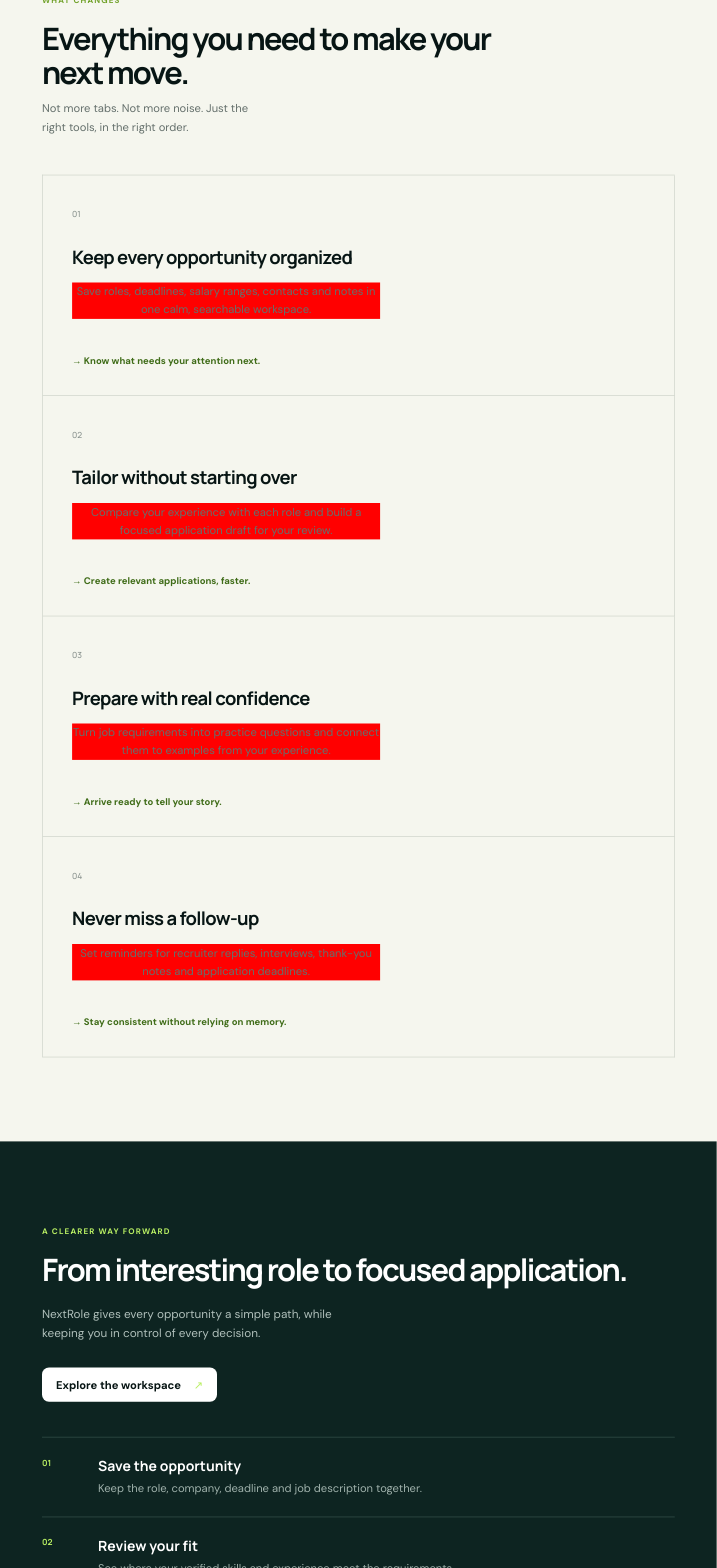
Repository: Lovethrech/NextRole-Nuxt-Portfolio
Page: /
The author's editor kept a copy of each file at every save. The page is drawn from the files as they stood at one save, then again after the next save.
The browser window is 1024 px wide. The pictures show the part of the page from y = 1952 to 4192 px (the page is 7270 px tall before and 6640 px after), at 70% of full size.
The project was rebuilt for these pictures with package versions that can differ from the ones it lists, and the page was loaded fresh each time. The framework's server and built-in components were replaced by stand-ins that run in the browser. Also part of the build but not shown: nuxt.config.js.

Above is the page before, as saved 2026-09-12 17:17:50.

### assets/css/main.css
:root{
    --ink:#071514;
    --deep:#0d2421;
    --green:#b9ef63;
    --mint:#ddffc8;
    --paper:#f5f6ee;
    --white:#fff;
    --line:#d9ddd1;
    --muted:#65706c;
    --orange:#ff8a61;
    --blue:#6579ff;
    font-family:'DM Sans',sans-serif;
    color:var(--ink);
    background:var(--paper);
    font-synthesis:none;
}
*{
    box-sizing:border-box;
}
html{
    scroll-behavior:smooth;
}
body{
    margin:0;
    padding: 0;
    background:var(--paper);
    font-size:16px;
    line-height:1.6;
}
button,a{
    font:inherit;
}
button{
    cursor:pointer;
}
a{
    color:inherit;
    text-decoration:none;
}
.container{
    width:min(1580px,calc(100% - 120px));
    margin-inline:auto;
}
.site-shell{
    overflow:hidden;
}
.nav-wrap{
    position:absolute;
    inset:0 0 auto;
    z-index:20;
}
.nav{
    height:86px;
    display:flex;
    align-items:center;
    justify-content:space-between;
}
/* BRAND LOGO */
/* START */
.brand-logo-ctn{
    width: 70px;
}
.brand-logo-ctn img{
    width:100%;
}
#brand-sub-name{
    margin:auto 0;
    padding:2px 10px;
    background-color: #000000;
    color:#ffffff;
}

/* END */
.brand{
    background-color: var(--line);
    padding: 8px 0 8px 6px;
    border-radius: 20px 0 0 20px;
    display:flex;
    align-items:center;
    gap:10px;
    font-family:Manrope,sans-serif;
    font-weight:800;
    font-size:1.15rem;
    letter-spacing:-.03em;
}
.nav-links{
    display:flex;
    align-items:center;
    gap:32px;
    font-weight:600;
    font-size:.9rem;
}
.nav-links>a{
    color:#33423f;
}
.button{
    border:0;
    display:inline-flex;
    align-items:center;
    justify-content:center;
    gap:18px;
    border-radius:10px;
    padding:15px 20px;
    font-weight:700;
    line-height:1.2;
    transition:transform .2s,box-shadow .2s;
}
.button:hover{
    transform:translateY(-2px);
}
.button-small{
    padding:11px 15px;
}
.button-ghost{
    border:1px solid #b9c0b5;
    background:transparent;
}
.button-primary{
    background:var(--ink);
    color:#fff;
    box-shadow:0 8px 24px #07151424;
}
.button-primary span,.button-light span{
    color:var(--green);
}
.button-light{
    background:#fff;
    color:var(--ink);
}
.menu-button{
    display:none;
}
.hero{
    min-height:880px;
    padding-top:178px;
    position:relative;
}
.hero:before{
    content:'';
    position:absolute;
    width:520px;
    height:520px;
    border-radius:50%;
    background:#dff8b9;
    filter:blur(4px);
    right:-180px;
    top:-210px;
    opacity:.8;
}
.hero-copy{
    width:56%;
    position:relative;
    z-index:2;
}
.eyebrow,.section-kicker{
    font-size:.72rem;
    font-weight:800;
    letter-spacing:.14em;
    text-transform:uppercase;
    display:flex;
    align-items:center;
    gap:9px;
}
.eyebrow span{
    width:8px;
    height:8px;
    border-radius:50%;
    background:#75c525;
}
.hero h1{
    font-family:Manrope,sans-serif;
    font-size:clamp(3.4rem,4.5vw,6.15rem);
    line-height:.98;
    letter-spacing:-.065em;
    margin:24px 0 28px;
    font-weight:700;
}
.hero h1 em{
    font-style:normal;
    color:#6d7a74;
}
.hero-lede{
    font-size:1.16rem;
    line-height:1.65;
    color:#4e5d58;
    max-width:630px;
}
.hero-actions{
    display:flex;
    align-items:center;
    gap:28px;
    margin-top:36px;
}
.text-link{
    border:0;
    background:none;
    font-weight:700;
    display:flex;
    align-items:center;
    gap:10px;
}
.play{
    border:1px solid #aeb6ac;
    border-radius:50%;
    width:34px;
    height:34px;
    display:grid;
    place-items:center;
    font-size:.65rem;
}
.microcopy{
    font-size:.78rem;
    color:#77817d;
    margin:12px 0 0 12px;
}
.dashboard-frame{
    position:absolute;
    z-index:3;
    width:560px;
    right: 4vh;
    top:220px;
    background:#fff;
    padding:10px;
    border-radius:18px;
    box-shadow:0 35px 80px #0c2b2226;
    transform:rotate(-1.3deg);
    border:1px solid #e5e9df;
}
.frame-bar{
    height:28px;
    display:flex;
    align-items:center;
    gap:5px;
    padding:0 8px;
}
.frame-bar span{
    width:6px;
    height:6px;
    background:#cad0c7;
    border-radius:50%;
}
.frame-bar p{
    font-size:.52rem;
    background:#f2f4ef;
    color:#8b948f;
    padding:2px 65px;
    border-radius:4px;
    margin:auto;
}
.dash{
    height:380px;
    display:flex;
    background:#f4f6f1;
    border-radius:10px;
    overflow:hidden
}
.dash-side{
    width:52px;
    background:#0b211e;
    display:flex;
    flex-direction:column;
    align-items:center;
    gap:22px;
    padding-top:16px;
}
.mini-brand{
    width:25px;
    height:25px;
    border-radius:7px;
    background:var(--green);
    display:grid;
    place-items:center;
    font-size:.65rem;
}
.dash-side i{
    width:15px;
    height:15px;
    border-radius:4px;
    background:#33514b;
}
.dash-side i.active{
    background:var(--green);
}
.dash-main{
    padding:24px;
    width:100%;
}
.dash-top{
    display:flex;
    justify-content:space-between;
    align-items:center;
}
.dash-top small,.stat-grid small{
    font-size:.45rem;
    letter-spacing:.11em;
    color:#88918d;
}
.dash-top h3{
    font-size:1rem;
    margin:4px 0;
}
.avatar{
    width:30px;
    height:30px;
    border-radius:50%;
    background:#e4c6a5;
    display:grid;
    place-items:center;
    font-size:.55rem;
    font-weight:800;
}
.stat-grid{
    display:grid;
    grid-template-columns:repeat(3,1fr);
    gap:10px;
    margin:18px 0
}
.stat-grid>div{
    padding:12px;
    border-radius:8px;
    background:#fff;
    border:1px solid #e4e8e1;
}
.stat-grid strong{
    display:block;
    font-family:Manrope;
    font-size:1.35rem;
}
.stat-grid span{
    font-size:.5rem;
    color:#59a733;
}
.pipeline-head{
    display:flex;
    justify-content:space-between;
    align-items:center;
}
.pipeline-head h4{
    font-size:.76rem;
}
.pipeline-head button{
    font-size:.55rem;
    border:0;
    background:#0b211e;
    color:white;
    padding:6px 9px;
    border-radius:5px;
}
.pipeline{
    display:grid;
    grid-template-columns:repeat(3,1fr);
    gap:8px;
}
.lane{
    background:#edf0eb;border-radius:7px;padding:8px}.lane>p{font-size:.45rem;font-weight:800;color:#6b7570
}
.lane>p b{
    float:right;
    background:#dce2da;
    padding:1px 4px;
    border-radius:3px;
}
.lane article{
    background:#fff;
    padding:8px;
    margin-top:7px;
    border-radius:6px;
    display:grid;
    grid-template-columns:26px 1fr auto;
    gap:6px;
    align-items:center;
    box-shadow:0 2px 7px #1933290b;
}
.company-icon{width:24px;height:24px;display:grid;place-items:center;border-radius:6px;font-size:.5rem;font-weight:800;color:white;
}.cobalt{background:#5f73ed;
}.coral{background:#ff8567;
}.mint{background:#4fa884;
}.gold{background:#e5a83a;
}.lane article strong{font-size:.48rem;display:block;
}.lane article small{font-size:.4rem;color:#7f8984;display:block;
}.lane article mark{font-size:.38rem;background:#e5f8d7;color:#55982d;border-radius:3px;padding:2px;
}.lane article.task,.lane article.celebrate{display:block;padding:10px;
}.lane .task span{font-size:.42rem;color:#dd6d49;
}.lane .celebrate{background:#e4f8bf;
}.lane .celebrate>span{font-size:.9rem;color:#62a329;
}
.hero-proof{
    position:absolute;
    bottom:56px;
    left:0;
    right:0;
    border-top:1px solid var(--line);
    padding-top:22px;
    display:flex;
    justify-content:space-between;
    color:#6d7873;
    font-size:.78rem;
}
.hero-proof p{display:flex;align-items:center;gap:24px;margin:0;
}
.hero-proof b{font-family:Manrope;color:#4a5853;
}
.hero-proof i{width:4px;height:4px;background:#9aa49f;border-radius:50%;
}
.problem-section{background:#fff;padding:115px 0;
}
.problem-grid{display:grid;grid-template-columns:1.1fr .9fr;gap:120px;
}
.section-kicker{color:#71a22a;margin:0 0 22px;
}
.problem-grid h2,.section-heading h2,.how-copy h2,.control-copy h2,.faq h2,.final-cta h2{font-family:Manrope;font-size:clamp(2.3rem,4.3vw,4.5rem);line-height:1.08;letter-spacing:-.055em;margin:0;
}
.problem-copy{font-size:1.1rem;color:#58645f;
}
.problem-copy p{margin:0 0 22px;
}
.features{padding:120px 0;
}
.section-heading{display:flex;justify-content:space-between;align-items:end;margin-bottom:55px;
}
.section-heading h2{max-width:710px;
}
.section-heading>p{max-width:310px;color:#65706c;
}
.benefit-grid{
    display:grid;
    grid-template-columns:repeat(2,1fr);
    border-top:1px solid #cfd5cb;
    border-left:1px solid #cfd5cb;
}
.benefit-card{min-height:315px;
    padding:42px;
    border-right:1px solid #cfd5cb;
    border-bottom:1px solid #cfd5cb;
    position:relative;
    transition:background .25s,transform .25s;
}
.benefit-card:hover{background:#fff;transform:translateY(-3px);
}
.benefit-card>span{font-family:Manrope;font-size:.75rem;color:#89928e;
}
.benefit-card h3{font-family:Manrope;font-size:1.65rem;letter-spacing:-.035em;margin:28px 0 12px;
}
.benefit-card p{color:#65706c;max-width:440px;
}
.benefit-card strong{position:absolute;bottom:38px;color:#3f6c18;font-size:.85rem;
}
.how-section{background:var(--deep);color:#fff;padding:120px 0;
}
.how-grid{display:grid;grid-template-columns:.85fr 1.15fr;gap:130px;
}
.section-kicker.light{color:var(--green);
}
.how-copy>p:not(.section-kicker){color:#afbfba;font-size:1.05rem;max-width:430px;margin:26px 0 36px;
}
.steps{list-style:none;padding:0;margin:0;
}
.steps li{display:grid;grid-template-columns:60px 1fr;gap:20px;border-top:1px solid #35504b;padding:27px 0;
}
.steps li:last-child{border-bottom:1px solid #35504b;
}
.steps>li>span{color:var(--green);font:700 .75rem Manrope;
}
.steps h3{font:700 1.25rem Manrope;margin:0 0 6px;
}
.steps p{color:#9fb1ab;margin:0;
}
.control{padding:120px 0;
}
.control-card{background:#fff;border-radius:24px;display:grid;grid-template-columns:1fr 1fr;overflow:hidden;box-shadow:0 22px 60px #1a35250c;
}
.control-visual{background:#dff3bf;min-height:560px;display:grid;place-items:center;padding:50px;
}
.document{width:330px;background:white;border-radius:12px;padding:32px;box-shadow:0 25px 50px #4167222c;transform:rotate(-2deg);
}
.doc-label{font-size:.55rem;letter-spacing:.14em;font-weight:800;
}
.document>i{height:7px;background:#e6eae3;border-radius:4px;display:block;margin-top:17px;
}
.document>i.short{width:60%;
}
.document>i.medium{width:80%;
}
.suggestion{display:flex;gap:12px;background:#f3fae9;border:1px solid #cce9a6;padding:14px;border-radius:8px;margin:22px -12px;
}
.suggestion b{color:#599825;
}
.suggestion p{margin:0;
}
.suggestion strong{font-size:.72rem;display:block;
}
.suggestion small{font-size:.6rem;color:#6c776f;
}
.control-copy{padding:70px;display:flex;flex-direction:column;justify-content:center;
}
.control-copy>p:not(.section-kicker){color:#66716c;font-size:1.05rem;
}
.control-copy ul{list-style:none;padding:0;margin:18px 0 0;
}
.control-copy li{padding:12px 0;border-top:1px solid #e4e8e0;font-weight:600;
}
.control-copy li:before{content:'✓';display:inline-grid;place-items:center;margin-right:12px;width:23px;height:23px;border-radius:50%;background:#e5f7cd;color:#4e861e;font-size:.75rem;
}
.faq{padding:40px 0 120px;display:grid;grid-template-columns:.75fr 1.25fr;gap:120px;
}
.faq h2{font-size:3.2rem;
}
.accordion details{border-top:1px solid #cdd3ca;padding:24px 0;
}
.accordion details:last-child{border-bottom:1px solid #cdd3ca;
}
.accordion summary{list-style:none;font:700 1.05rem Manrope;display:flex;justify-content:space-between;cursor:pointer;
}
.accordion summary::-webkit-details-marker{display:none;
}
.accordion summary span{font-size:1.4rem;font-weight:400;
}
.accordion details[open] summary span{transform:rotate(45deg);
}
.accordion details p{color:#64706a;max-width:620px;margin:16px 40px 0 0;
}
.final-cta{background:#102c28;color:#fff;border-radius:28px;min-height:500px;padding:75px;display:grid;grid-template-columns:1.1fr .9fr;align-items:center;position:relative;overflow:hidden;
}
.final-cta h2{max-width:700px;
}
.final-cta p{color:#b2c0bc;
}
.final-cta small{display:block;color:#8ca19b;margin:12px;
}
.final-cta .button{margin-top:15px;
}
.orbit{height:350px;position:relative;display:grid;place-items:center;
}
.orbit span{position:absolute;border:1px solid #54716a;border-radius:50%;
}
.orbit-one{width:290px;height:290px;
}
.orbit-two{width:200px;height:200px;
}
.orbit b{width:95px;height:95px;border-radius:26px;background:var(--green);color:var(--deep);display:grid;place-items:center;font:800 2.2rem Manrope;box-shadow:0 0 70px #b9ef6352;
}
.footer{min-height:140px;display:flex;align-items:center;justify-content:space-between;gap:30px;font-size:.75rem;color:#79827e;
}
.footer p{max-width:480px;text-align:center;
}
.modal-backdrop{position:fixed;inset:0;background:#061411cc;backdrop-filter:blur(8px);z-index:50;display:grid;place-items:center;padding:20px;
}
.modal{width:min(550px,100%);background:var(--paper);border-radius:22px;padding:44px;position:relative;
}
.modal h2{font:700 2.25rem/1.1 Manrope;letter-spacing:-.05em;margin:0;
}
.modal>p:not(.section-kicker){color:#63706a;
}
.modal-close{position:absolute;right:20px;top:15px;border:0;background:none;font-size:2rem;
}
.modal-list{margin:28px 0;
}
.modal-list>span{float:left;color:#6b9c2a;font:bold .7rem Manrope;margin-top:5px;
}
.modal-list p{margin:0 0 18px 35px;
}
.modal-list b,.modal-list small{display:block;
}
.modal-list small{color:#68746e;
}
.fade-enter-active,.fade-leave-active{transition:opacity .2s;
}
.fade-enter-from,.fade-leave-to{opacity:0;
}

@media(max-width:1180px){
    .nav-wrap{position:absolute;
    }
    .menu-button{display:flex;flex-direction:column;gap:5px;border:0;background:none;padding:10px;
    }
    .menu-button span{width:23px;height:2px;background:var(--ink);
    }
    .nav-links{display:none;position:absolute;top:72px;left:20px;right:20px;background:white;padding:24px;border-radius:14px;box-shadow:0 20px 50px #172c2424;flex-direction:column;align-items:stretch;
    }
    .nav-links.open{display:flex;
    }
    .hero{padding-top:145px;min-height:auto;padding-bottom:80px;
    }
    .hero-copy{width:100%;
    }
    .hero h1{font-size:clamp(3rem,11vw,5rem);
    }
    .dashboard-frame{position:relative;top:auto;right:auto;width:100%;margin-top:55px;transform:none;
    }
    .hero-proof{position:relative;bottom:auto;margin-top:50px;
    }
    .problem-grid,.how-grid,.faq{grid-template-columns:1fr;gap:50px;
    }
    .section-heading{display:block;
    }
    .benefit-grid{grid-template-columns:1fr;
    }
    .benefit-card p{
        background-color: red;
        text-align: center;
        width: 100%;
    }
    .control-card{grid-template-columns:1fr;
    }
    .control-visual{min-height:420px;
    }
    .final-cta{grid-template-columns:1fr;
    }
    .orbit{display:none;
    }
    .footer{flex-direction:column;text-align:center;padding:50px 0;
    }
}

@media(max-width:600px){
    .container{width:min(100% - 28px,1180px);
    }
    .hero h1{font-size:3.25rem;
    }
    .hero-actions{align-items:flex-start;flex-direction:column;gap:18px;
    }
    .dashboard-frame{width:720px;transform:scale(.47);transform-origin:top left;margin-bottom:-200px;
    }
    .hero-proof{display:block;
    }
    .hero-proof p{margin-top:12px;gap:12px;flex-wrap:wrap;
    }
    .problem-section,.features,.how-section,.control{padding:80px 0;
    }
    .problem-grid h2,.section-heading h2,.how-copy h2,.control-copy h2,.faq h2,.final-cta h2{font-size:2.45rem;
    }
    .benefit-card{padding:28px;min-height:300px;
    }
    .how-grid{gap:55px;
    }
    .control-visual{padding:30px;min-height:380px;
    }
    .document{width:280px;
    }
    .control-copy{padding:38px 28px;
    }
    .faq{padding:10px 0 80px;gap:40px;
    }
    .final-cta{padding:48px 26px;min-height:520px;border-radius:20px;
    }
    .footer{align-items:center;
    }
    .modal{padding:36px 24px;
    }
    .modal h2{font-size:2rem;
    }
}

Loaded but not shown: app.vue (150 lines, source omitted)

After the next save:
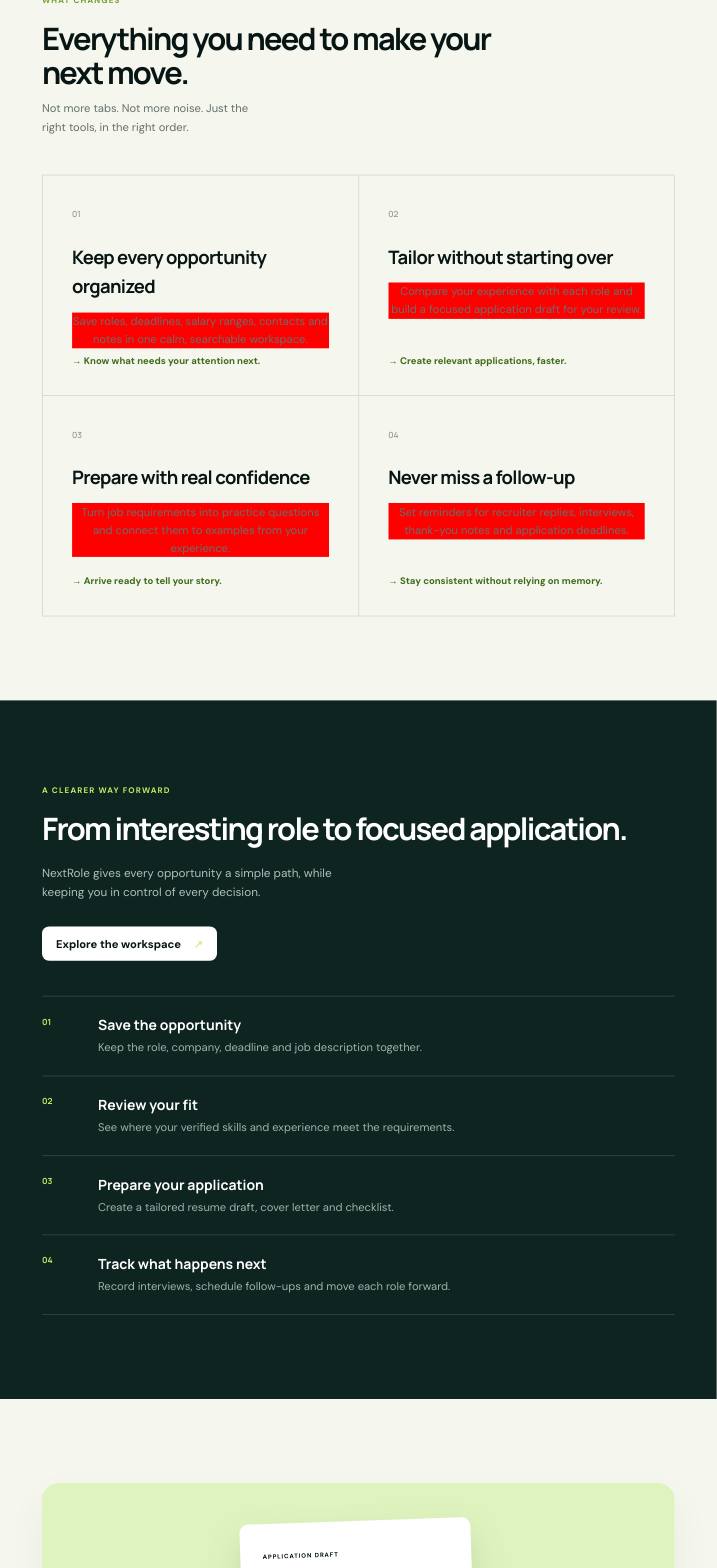
Saved 67 s later.
--- a/assets/css/main.css
+++ b/assets/css/main.css
@@ -593,8 +593,7 @@
     }
     .section-heading{display:block;
     }
-    .benefit-grid{grid-template-columns:1fr;
-    }
+
     .benefit-card p{
         background-color: red;
         text-align: center;
